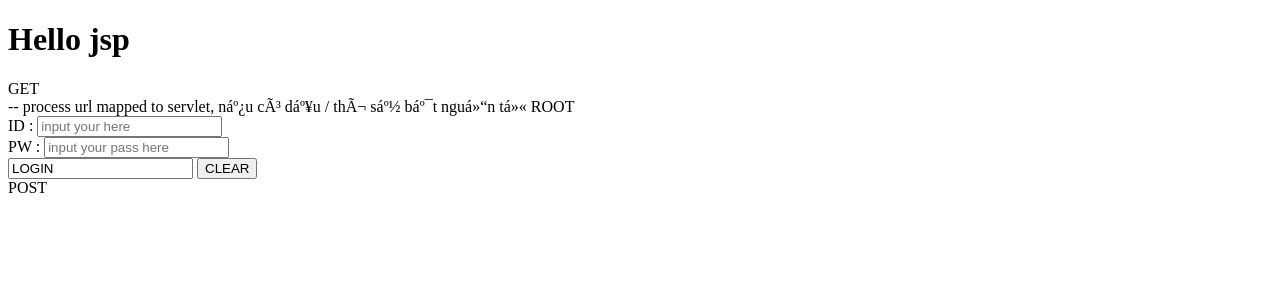
Repository: Vipper105/Restaurant_project
Page: webShop/WebContent/index.html
The author's editor kept a copy of each file at every save. The page is drawn from the files as they stood at one save, then again after the next save.
The browser window is 1280 px wide. The pictures show the whole page.

Above is the page before, as saved 2020-08-10 09:20:53.

After the next save:
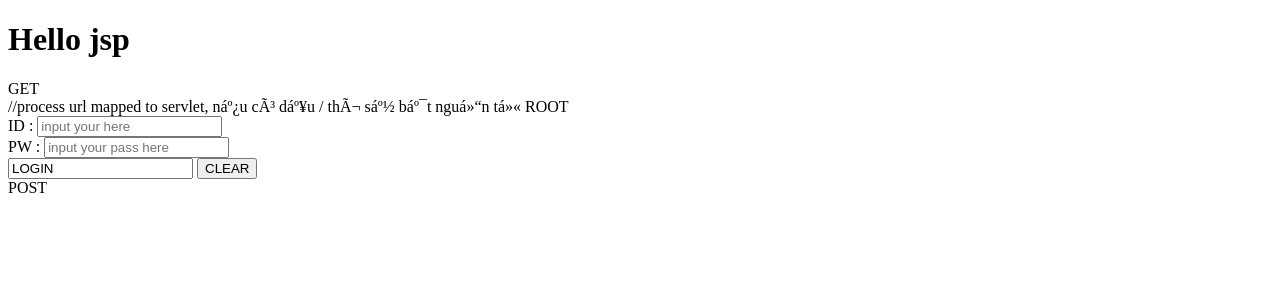
Saved 16 s later.
--- a/webShop/WebContent/index.html
+++ b/webShop/WebContent/index.html
@@ -10,7 +10,7 @@
 
 <div>
 	GET <br/>
-	-- process url mapped to servlet, nếu có dấu / thì sẽ bắt nguồn từ ROOT
+	//process url mapped to servlet, nếu có dấu / thì sẽ bắt nguồn từ ROOT
 	<form method="get" action="/login">
 		ID : <input type="text" name="uname" placeholder="input your here">
 		<br/>
